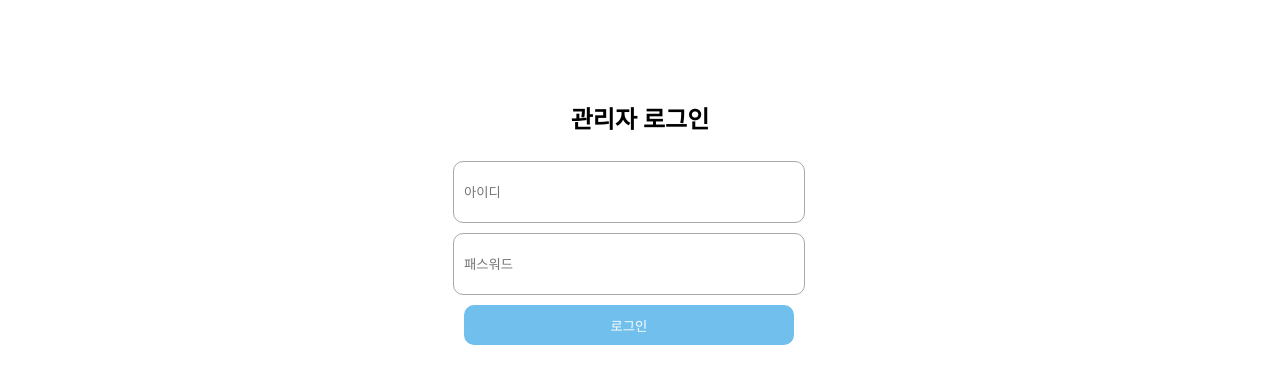
Repository: hystarbit/cinnamorollstore
Page: http://localhost/cinnamorollstore/admin/login/login.jsp
An editor plug-in stored every save of this project. The page is shown before and after the next save, followed by the edit.
The browser window is 1280 px wide. The pictures show the whole page.
Some web fonts or font styles are not loaded; a fallback is used. The page is served by Tomcat 9. Nobody is signed in. The application's start-up code is not run.

Above is the page before, as saved 2024-09-06 03:10:12.

After the next save:
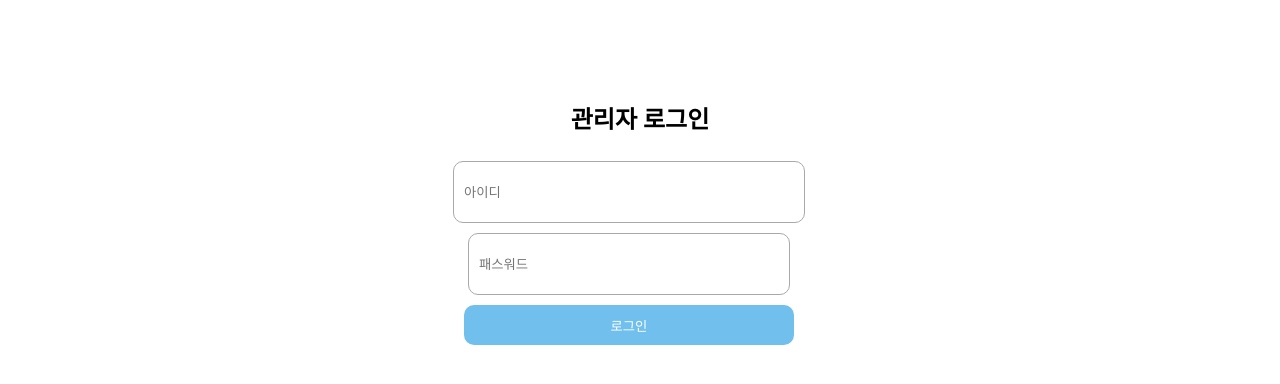
Saved 15 s later.
--- a/cinnamorollstore/src/main/webapp/admin/login/login.jsp
+++ b/cinnamorollstore/src/main/webapp/admin/login/login.jsp
@@ -18,9 +18,9 @@
 			<input type="text" id="user_id" name="user_id" placeholder="아이디" required>
 			<br>
 			<input type="password" id="password" name="password"
-				placeholder="패스워드"  required >
+				placeholder="패스워드" style="width:300px" required >
 			<br>
-			<button type="submit" id="login-submit" class="login-submit" style="width:330px">로그인</button>
+			<button type="submit" id="login-submit" class="login-submit" >로그인</button>
 		</form>
 	</div>
 </body>
